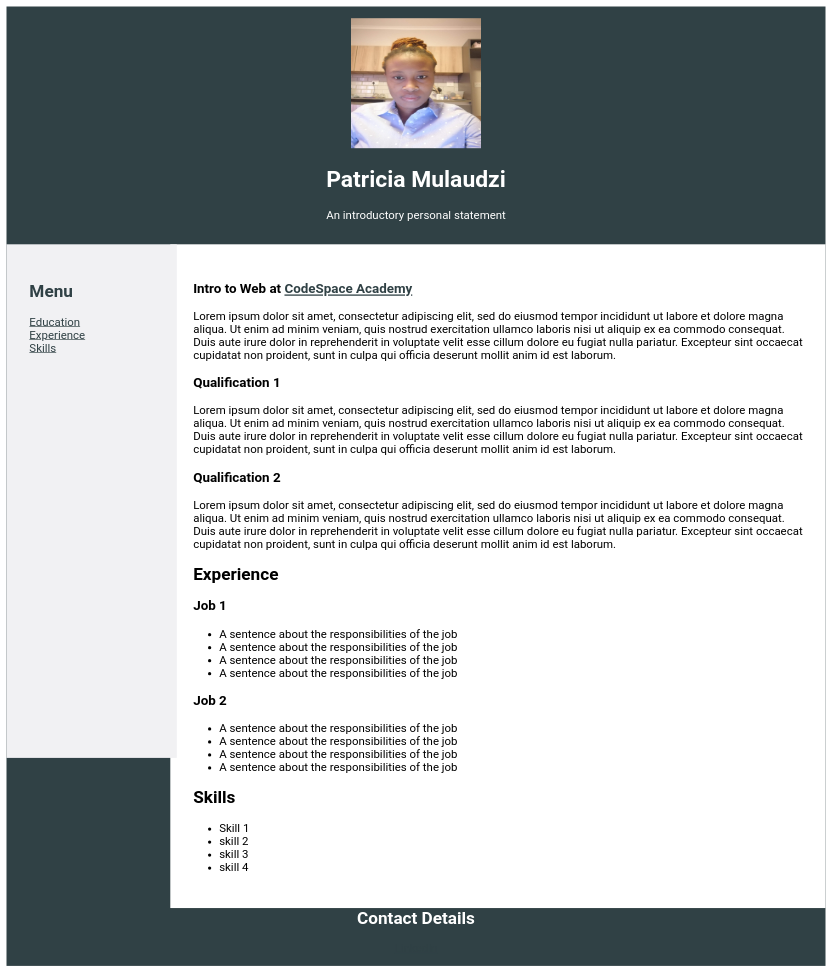
Repository: Patricious/Digital-Resume-01
Page: index.html
These files come from the project's save history. The page is drawn as it stood at one moment and after the next save; the edit follows.
The browser window is 1280 px wide. The pictures show the whole page, at 65% of full size.

Above is the page before, as saved 2021-08-23 10:47:32.

After the next save:
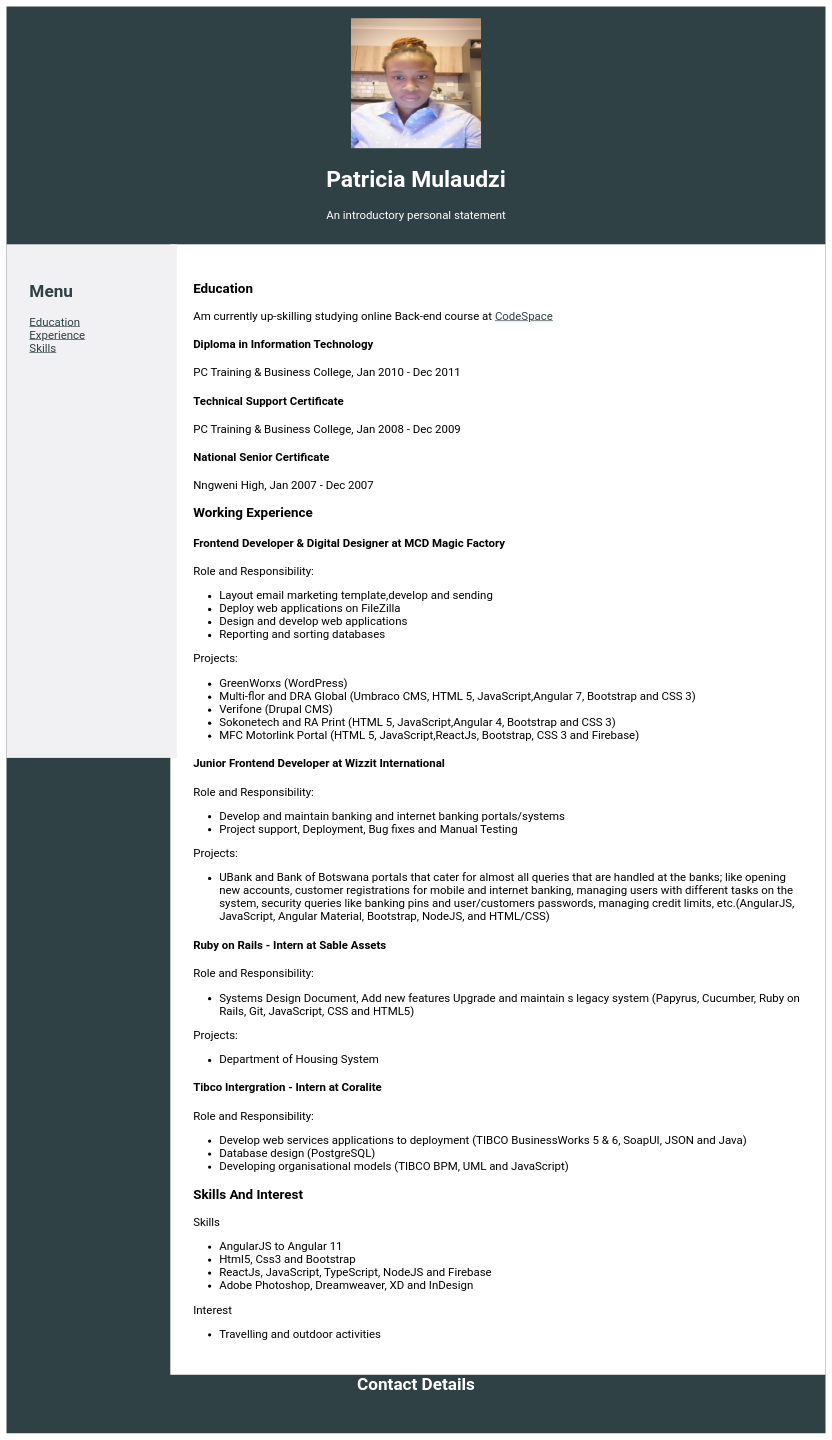
Saved 37 s later.
--- a/index.html
+++ b/index.html
@@ -29,47 +29,94 @@
         </ul>
     </aside>
     <section>
+        <article>
+            <h3 id="#education"> <span>Education</span>
+            </h3>
+            <p> Am currently up-skilling studying online Back-end course at
+                <a href="https://www.codespace.co.za/courses/?matchtype=b&device=c&keyword=codespace&adgroupid=81088003381&utm_campaign=8148639553&utm_source=google&utm_medium=cpc&gclid=EAIaIQobChMIkP_7q8bG8gIV1uvtCh0w7A1-EAAYASAAEgL34vD_BwE"> CodeSpace</a>
+            </p>
+
+            <h4>Diploma in Information Technology </h4>
+
+            <p>PC Training & Business College, Jan 2010 - Dec 2011</p>
+            <h4>Technical Support Certificate </h4>
 
 
-        <article>
+            <p>PC Training & Business College, Jan 2008 - Dec 2009</p>
 
-            <h3>Intro to Web at
-                <a href=""> CodeSpace Academy</a>
+            <h4>National Senior Certificate</h4>
 
-            </h3>
-            <p>Lorem ipsum dolor sit amet, consectetur adipiscing elit, sed do eiusmod tempor incididunt ut labore et dolore magna aliqua. Ut enim ad minim veniam, quis nostrud exercitation ullamco laboris nisi ut aliquip ex ea commodo consequat. Duis aute
-                irure dolor in reprehenderit in voluptate velit esse cillum dolore eu fugiat nulla pariatur. Excepteur sint occaecat cupidatat non proident, sunt in culpa qui officia deserunt mollit anim id est laborum.</p>
-            <h3>Qualification 1</h3>
-            <p>Lorem ipsum dolor sit amet, consectetur adipiscing elit, sed do eiusmod tempor incididunt ut labore et dolore magna aliqua. Ut enim ad minim veniam, quis nostrud exercitation ullamco laboris nisi ut aliquip ex ea commodo consequat. Duis aute
-                irure dolor in reprehenderit in voluptate velit esse cillum dolore eu fugiat nulla pariatur. Excepteur sint occaecat cupidatat non proident, sunt in culpa qui officia deserunt mollit anim id est laborum.</p>
 
-            <h3>Qualification 2</h3>
-            <p>Lorem ipsum dolor sit amet, consectetur adipiscing elit, sed do eiusmod tempor incididunt ut labore et dolore magna aliqua. Ut enim ad minim veniam, quis nostrud exercitation ullamco laboris nisi ut aliquip ex ea commodo consequat. Duis aute
-                irure dolor in reprehenderit in voluptate velit esse cillum dolore eu fugiat nulla pariatur. Excepteur sint occaecat cupidatat non proident, sunt in culpa qui officia deserunt mollit anim id est laborum.</p>
+            <p>Nngweni High, Jan 2007 - Dec 2007</p>
 
-            <h2 id="#experience">Experience</h2>
-            <h3>Job 1</h3>
+
+            <h3 id="#experience"> Working Experience</h3>
+            <h4>Frontend Developer & Digital Designer at MCD Magic Factory
+            </h4>
+            <p>Role and Responsibility:</p>
             <ul>
-                <li>A sentence about the responsibilities of the job</li>
-                <li>A sentence about the responsibilities of the job</li>
-                <li>A sentence about the responsibilities of the job</li>
-                <li>A sentence about the responsibilities of the job</li>
+                <li>Layout email marketing template,develop and sending</li>
+                <li> Deploy web applications on FileZilla</li>
+                <li>Design and develop web applications</li>
+                <li>Reporting and sorting databases</li>
+            </ul>
+            <p>Projects:</p>
+            <ul>
+                <li>GreenWorxs (WordPress)</li>
+                <li>Multi-flor and DRA Global (Umbraco CMS, HTML 5, JavaScript,Angular 7, Bootstrap and CSS 3)</li>
+                <li>Verifone (Drupal CMS)</li>
+                <li>Sokonetech and RA Print (HTML 5, JavaScript,Angular 4, Bootstrap and CSS 3)</li>
+                <li>MFC Motorlink Portal (HTML 5, JavaScript,ReactJs, Bootstrap, CSS 3 and Firebase)</li>
             </ul>
 
-            <h3>Job 2</h3>
+            <h4>Junior Frontend Developer at Wizzit International
+            </h4>
+            <p>Role and Responsibility:</p>
             <ul>
-                <li>A sentence about the responsibilities of the job</li>
-                <li>A sentence about the responsibilities of the job</li>
-                <li>A sentence about the responsibilities of the job</li>
-                <li>A sentence about the responsibilities of the job</li>
+                <li>Develop and maintain banking and internet banking portals/systems</li>
+                <li>Project support, Deployment, Bug fixes and Manual Testing</li>
+
+            </ul>
+            <p>Projects:</p>
+            <ul>
+                <li>UBank and Bank of Botswana portals that cater for almost all queries that are handled at the banks; like opening new accounts, customer registrations for mobile and internet banking, managing users with different tasks on the system, security
+                    queries like banking pins and user/customers passwords, managing credit limits, etc.(AngularJS, JavaScript, Angular Material, Bootstrap, NodeJS, and HTML/CSS)</li>
             </ul>
 
-            <h2 id="#skills">Skills</h2>
+            <h4>Ruby on Rails - Intern at Sable Assets
+            </h4>
+            <p>Role and Responsibility:</p>
             <ul>
-                <li>Skill 1</li>
-                <li> skill 2</li>
-                <li> skill 3</li>
-                <li> skill 4 </li>
+                <li>Systems Design Document, Add new features Upgrade and maintain s legacy system (Papyrus, Cucumber, Ruby on Rails, Git, JavaScript, CSS and HTML5)</li>
+
+            </ul>
+            <p>Projects:</p>
+            <ul>
+                <li>Department of Housing System</li>
+            </ul>
+
+            <h4>Tibco Intergration - Intern at Coralite
+            </h4>
+            <p>Role and Responsibility:</p>
+            <ul>
+                <li>Develop web services applications to deployment (TIBCO BusinessWorks 5 & 6, SoapUI, JSON and Java)
+                </li>
+                <li>Database design (PostgreSQL)</li>
+                <li>Developing organisational models (TIBCO BPM, UML and JavaScript)</li>
+            </ul>
+
+
+            <h3 id="#skills">Skills And Interest</h3>
+            <p>Skills</p>
+            <ul>
+                <li>AngularJS to Angular 11</li>
+                <li>Html5, Css3 and Bootstrap</li>
+                <li>ReactJs, JavaScript, TypeScript, NodeJS and Firebase</li>
+                <li>Adobe Photoshop, Dreamweaver, XD and InDesign</li>
+            </ul>
+            <p>Interest </p>
+            <ul>
+                <li>Travelling and outdoor activities</li>
             </ul>
         </article>
     </section>
